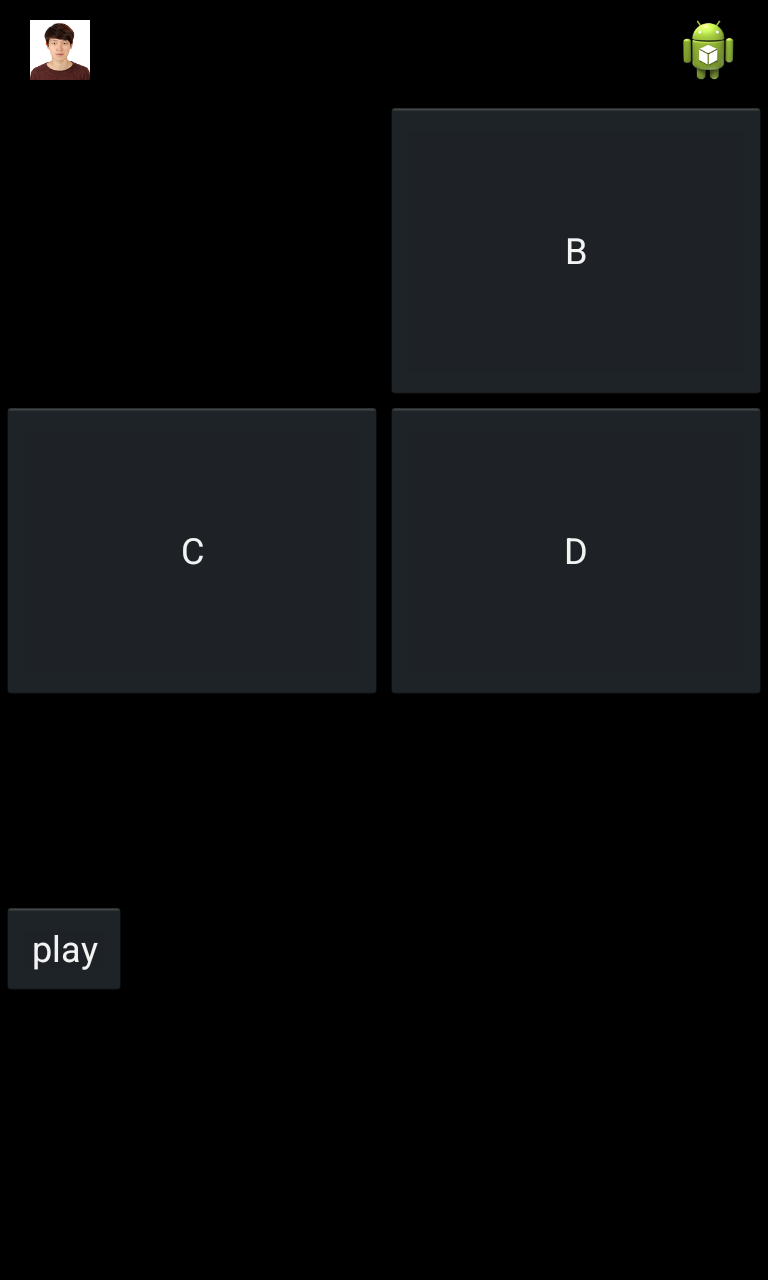
Repository: Minsu-Daniel-Kim/tipinboard1.0
Layout: TipinBoard1.0/res/layout/activity_main.xml
These files come from the project's save history. The layout is drawn as it stood at one moment and after the next save; the edit follows.
It is drawn on a 768 x 1280 px phone screen (xhdpi) without system bars, with theme android:Theme.Holo; the app's code is not run.

Above is the layout before, as saved 2013-04-15 13:56:22.

After the next save:
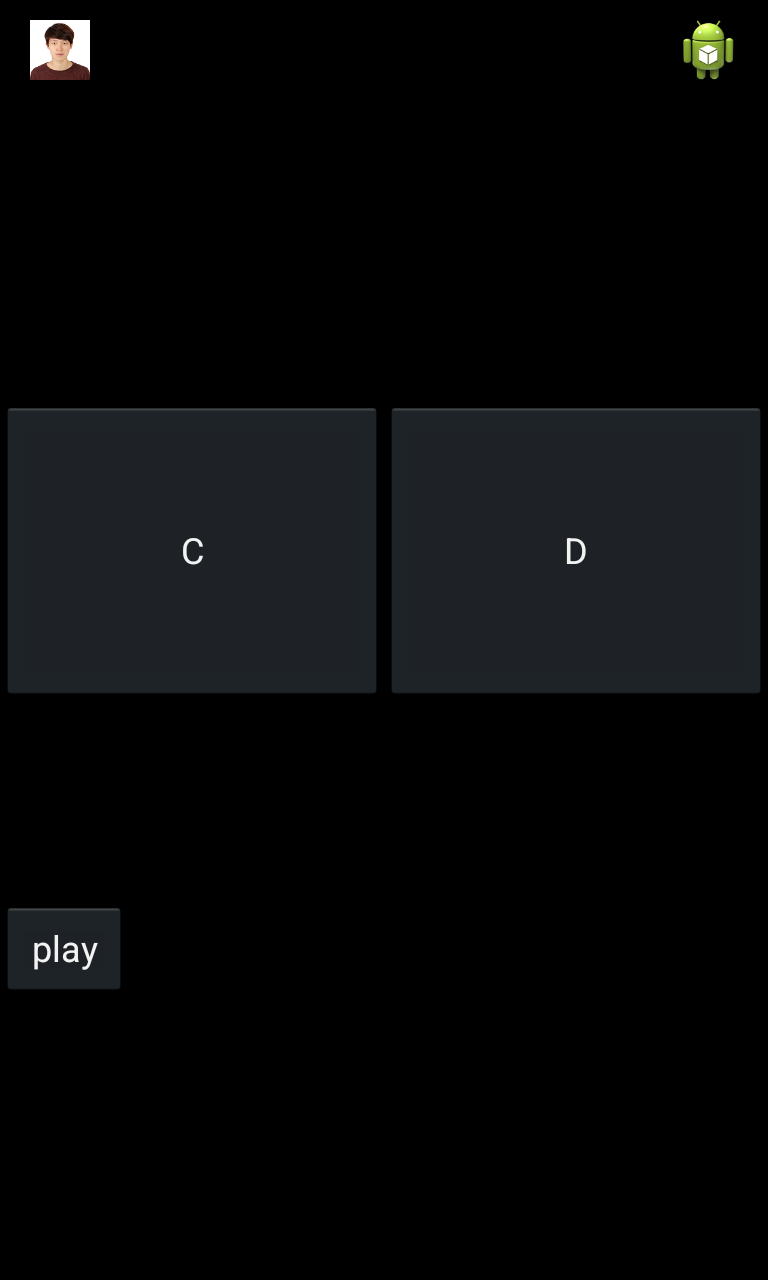
Saved 7 s later.
--- a/TipinBoard1.0/res/layout/activity_main.xml
+++ b/TipinBoard1.0/res/layout/activity_main.xml
@@ -61,12 +61,14 @@
             android:text="A" >
         </RelativeLayout>
 
-        <Button
+        <RelativeLayout
             android:id="@+id/button1"
             android:layout_width="0dp"
             android:layout_height="150dp"
             android:layout_weight="1"
-            android:text="B" />
+            android:onClick="detail"
+            android:text="A" >
+        </RelativeLayout>
     </LinearLayout>
 
     <LinearLayout
